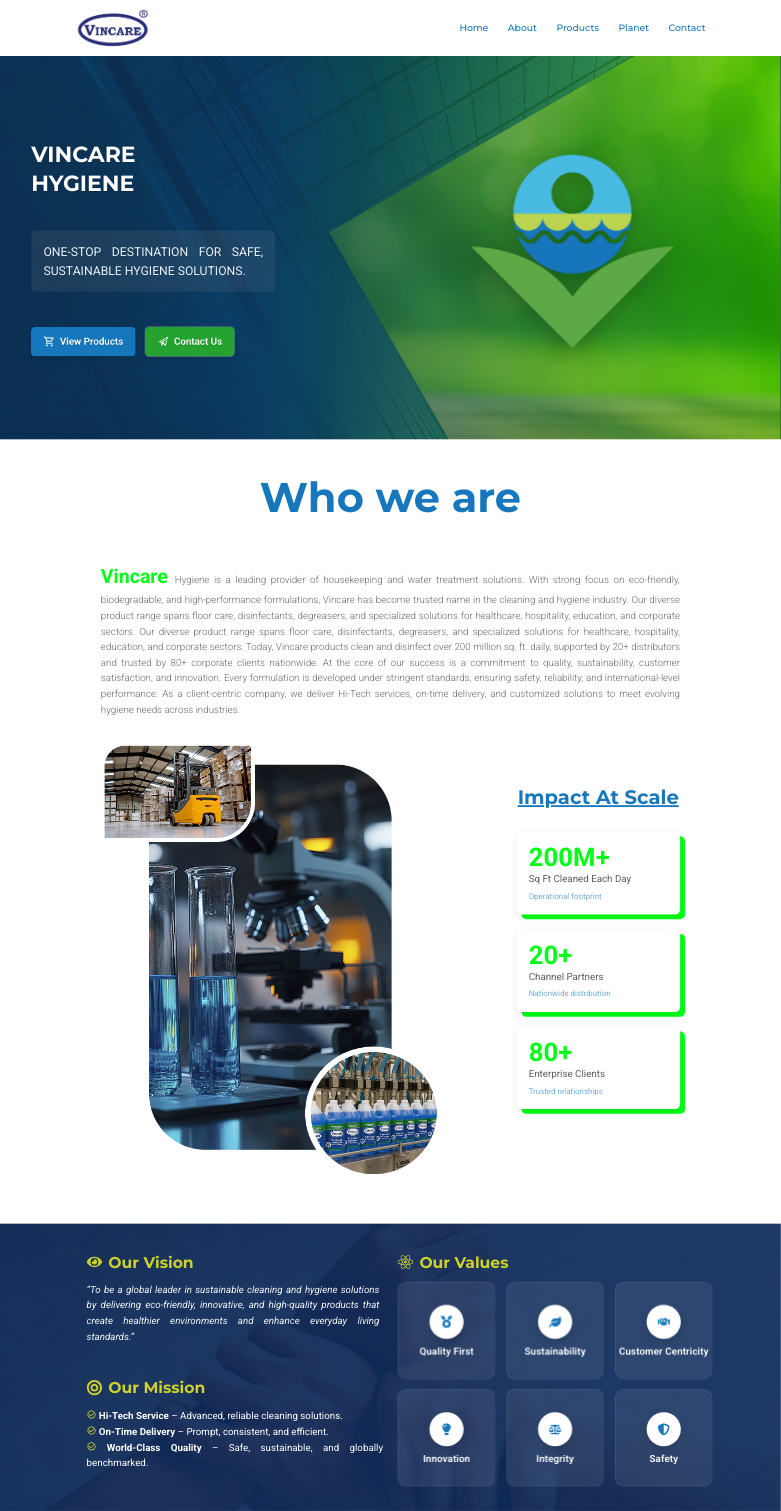
Repository: Yeshwanth-189/vincare
Page: / (app in vincare-frontend/)
The author's editor kept a copy of each file at every save. The page is drawn from the files as they stood at one save, then again after the next save.
The browser window is 1280 px wide. The pictures show the whole page, at 61% of full size.
The project was rebuilt for these pictures with package versions that can differ from the ones it lists, and the page was loaded fresh each time. Also part of the build but not shown: vincare-frontend/vite.config.js.

Above is the page before, as saved 2025-09-20 18:51:23.

### vincare-frontend/index.html
<!DOCTYPE html>
<html lang="en">
  <head>
    <meta charset="UTF-8" />
    <link rel="preconnect" href="https://fonts.googleapis.com" />
    <link rel="preconnect" href="https://fonts.gstatic.com" crossorigin />
    <link rel="icon" type="image/svg+xml" href="/Vincare-Logo.png" />
    <link
      href="https://fonts.googleapis.com/css2?family=Lato:ital,wght@0,100;0,300;0,400;0,700;0,900;1,100;1,300;1,400;1,700;1,900&family=Montserrat:ital,wght@0,100..900;1,100..900&family=Roboto:ital,wght@0,100..900;1,100..900&display=swap"
      rel="stylesheet"
    />
    <meta name="viewport" content="width=device-width, initial-scale=1.0" />
    <title>Vincare Hygiene</title>
  </head>
  <body>
    <div id="root"></div>
    <script type="module" src="/src/main.jsx"></script>
  </body>
</html>

### vincare-frontend/src/App.jsx
import "./App.css";
import Vincare from "./components/Vincare";
import { BrowserRouter as Router, Routes, Route } from "react-router-dom";

function App() {
  return (
    <>
      <Router>
        <Routes>
          <Route path="/" element={<Vincare />} />
        </Routes>
      </Router>
    </>
  );
}

export default App;

### vincare-frontend/src/App.css
:root {
  /* Brand Colors */
  --color-primary: #1777bc; /* Dark Navy Blue */
  --color-secondary: rgb(0, 255, 21); /* Professional Light Blue */

  /* Backgrounds */
  --color-bg: #ffffff;
  --color-bg-light: #f5f5f5;

  /* Neutral Grays */
  --color-gray-dark: #333333;
  --color-gray-mid: #666666;
  --color-gray-light: #f5f5f5;

  /* Status Colors */
  --color-success: #2e7d32;
  --color-warning: #ed6c02;
  --color-error: #d32f2f;

  /* Typography */
  --font-heading: "Montserrat", serif;
  --font-body: "Roboto", sans-serif;

  /* Font Sizes (scalable for responsive design) */
  --text-h1: 2.5rem;
  --text-h2: 2rem;
  --text-h3: 1.5rem;
  --text-body: 1rem;
  --text-small: 0.875rem;

  /* Spacing (consistent padding/margin system) */
  --space-xs: 4px;
  --space-sm: 8px;
  --space-md: 16px;
  --space-lg: 24px;
  --space-xl: 32px;

  /* Border Radius */
  --radius-sm: 4px;
  --radius-md: 8px;
  --radius-lg: 16px;

  /* Shadows */
  --shadow-sm: 0 1px 2px rgba(0, 0, 0, 0.05);
  --shadow-md: 0 4px 6px rgba(0, 0, 0, 0.1);
  --shadow-lg: 0 10px 15px rgba(0, 0, 0, 0.15);
}

html,
body {
  margin: 0;
  padding: 0;
}
* {
  box-sizing: border-box;
}
/* Base Typography */
body {
  font-family: var(--font-body);
  font-size: var(--text-body);
  color: var(--color-gray-dark);
  background-color: var(--color-bg);
  margin: 0;
  padding: 0;
}

h1,
h2,
h3,
h4,
h5,
h6 {
  font-family: var(--font-heading);
  color: var(--color-primary);
  margin: 0 0 var(--space-md);
}

p {
  margin: 0 0 var(--space-md);
  color: var(--color-gray-mid);
}

### vincare-frontend/src/components/Vincare.jsx
import React from "react";
import NavBar from "../components/Navbar";
import Hero from "../components/Hero";
import About from "../components/About";
// import Services from "../components/Services";
// import Projects from "../components/Projects";
// import Courses from "../components/Courses";
// import Blogs from "../components/Blogs";
// import Contact from "../components/Contact";
// import Footer from "../components/Footer";

function Vincare() {
  return (
    <>
      <NavBar />
      <section id="home">
        <Hero />
      </section>
      <section id="about">
        <About />
      </section>
      {/* <section id="services">
        <Services />
      </section>
      <section id="courses">
        <Courses />
      </section>
      <section id="projects">
        <Projects />
      </section>
      <section id="blogs">
        <Blogs />
      </section>
      <section id="contact">
        <Contact />
      </section>
      <Footer /> */}
    </>
  );
}

export default Vincare;

### vincare-frontend/src/components/Navbar.jsx
import React, { useState } from "react";
import { Link as ScrollLink } from "react-scroll";
import "../styles/Navbar.css";
import VincareLogo from "../assets/Vincare-Logo.png";
import VincareWordLogo from "../assets/Vincare-Word-Logo.png";

function Navbar() {
  const [isOpen, setIsOpen] = useState(false);

  return (
    <nav className="navbar">
      <div className="navbar-grid">
        <div className="col-1" />

        <div className="col-2to11 navbar-content">
          <div className="navbar-logo">
            <img
              alt="logo"
              className="navbar-word-logo-image"
              src={VincareWordLogo}
            />
            <div className="hamburger" onClick={() => setIsOpen(!isOpen)}>
              <span className={isOpen ? "bar rotate-top" : "bar"}></span>
              <span className={isOpen ? "bar fade" : "bar"}></span>
              <span className={isOpen ? "bar rotate-bottom" : "bar"}></span>
            </div>
          </div>

          {/* Smooth Scrolling Links */}
          <div className={`navbar-links ${isOpen ? "open" : ""}`}>
            <ScrollLink
              to="home"
              smooth={true}
              duration={700}
              onClick={() => setIsOpen(false)}
            >
              Home
            </ScrollLink>
            <ScrollLink
              to="about"
              smooth={true}
              duration={700}
              onClick={() => setIsOpen(false)}
            >
              About
            </ScrollLink>
            <ScrollLink
              to="services"
              smooth={true}
              duration={700}
              onClick={() => setIsOpen(false)}
            >
              Products
            </ScrollLink>
            <ScrollLink
              to="courses"
              smooth={true}
              duration={700}
              onClick={() => setIsOpen(false)}
            >
              Planet
            </ScrollLink>
            <ScrollLink
              to="contact"
              smooth={true}
              duration={700}
              onClick={() => setIsOpen(false)}
            >
              Contact
            </ScrollLink>
          </div>
        </div>

        <div className="col-12" />
      </div>
    </nav>
  );
}

export default Navbar;

### vincare-frontend/src/components/Hero.jsx
import React from "react";
// eslint-disable-next-line no-unused-vars
import { motion } from "framer-motion";
import "../styles/hero.css";
import HeroBg from "../assets/hero-of-bg.png";
import SideImage from "../assets/Vincare-Logo.png";
import { IoMdPaperPlane } from "react-icons/io";
import { MdOutlineShoppingCart } from "react-icons/md";

/**
 * Props:
 * - title       (string)
 * - subtitle    (string)
 * - text        (string)
 * - primaryCta  ({ label: string, onClick?: fn, href?: string })
 * - secondaryCta({ label: string, onClick?: fn, href?: string })
 * - bgImage     (string) // URL for hero background image
 */
export default function Hero({
  title = "VINCARE",
  subtitle = "HYGIENE",
  text = "ONE-STOP DESTINATION FOR SAFE, SUSTAINABLE HYGIENE SOLUTIONS.",
  primaryCta = { label: "View Products", href: "#" },
  secondaryCta = { label: "Contact Us", href: "#" },
  bgImage = HeroBg,
  sideImage = SideImage,
}) {
  // animation variants
  const container = {
    hidden: { opacity: 0 },
    show: {
      opacity: 1,
      transition: { staggerChildren: 0.12, delayChildren: 0.15 },
    },
  };

  const riseUp = {
    hidden: { opacity: 0, y: 24 },
    show: {
      opacity: 1,
      y: 0,
      transition: { type: "spring", stiffness: 90, damping: 14 },
    },
  };

  const slideIn = {
    hidden: { opacity: 0, x: -24 },
    show: {
      opacity: 1,
      x: 0,
      transition: { type: "spring", stiffness: 90, damping: 16 },
    },
  };

  const fadeIn = {
    hidden: { opacity: 0 },
    show: { opacity: 1, transition: { duration: 0.35 } },
  };

  return (
    <section
      className="hero"
      style={{ ["--hero-bg-image"]: `url(${bgImage})` }}
      aria-label="Intro"
    >
      <div className="hero__inner">
        {/* Column 1 & 12 are gutters by layout rules in CSS */}
        <motion.div
          className="hero__content"
          variants={container}
          initial="hidden"
          animate="show"
        >
          <motion.h1 className="hero__title" variants={riseUp}>
            {title}
          </motion.h1>

          <motion.h1 className="hero__title" variants={fadeIn}>
            {subtitle}
          </motion.h1>

          <motion.p className="hero__text" variants={slideIn}>
            {text}
          </motion.p>

          <motion.div className="hero__actions" variants={fadeIn}>
            {primaryCta?.href ? (
              <a className="btn btn--primary" href={primaryCta.href}>
                <MdOutlineShoppingCart className="btn__icon" />
                {primaryCta.label}
              </a>
            ) : (
              <button
                className="btn btn--primary"
                onClick={primaryCta?.onClick}
              >
                <MdOutlineShoppingCart className="btn__icon" />
                {primaryCta.label}
              </button>
            )}

            {secondaryCta?.href ? (
              <a className="btn btn--ghost" href={secondaryCta.href}>
                <IoMdPaperPlane className="btn__icon" />
                {secondaryCta.label}
              </a>
            ) : (
              <button
                className="btn btn--ghost"
                onClick={secondaryCta?.onClick}
              >
                <IoMdPaperPlane className="btn__icon" />
                {secondaryCta.label}
              </button>
            )}
          </motion.div>
        </motion.div>
        <motion.div className="hero__visual">
          <motion.img
            src={sideImage}
            alt="Illustration"
            className="hero__visual-img"
            initial={{ rotateY: 0 }}
            animate={{ rotateY: 1080 }}
            transition={{ duration: 1.2, ease: "easeOut" }}
          />
        </motion.div>
      </div>
    </section>
  );
}

### vincare-frontend/src/styles/Navbar.css
.navbar {
  position: fixed;
  width: 100%;
  background-color: var(--color-bg);
  z-index: 999;
  padding: 1% 0 1%;
}

.navbar-grid {
  display: grid;
  grid-template-columns: repeat(12, 1fr);
  align-items: center;
  max-width: 1400px;
  margin: 0 auto;
  padding: 0 20px;
}

.col-1 {
  grid-column: 1 / 2;
}

.col-2to11 {
  grid-column: 2 / 12;
  display: flex;
  justify-content: space-between;
  align-items: center;
}

.col-12 {
  display: none;
}

/* Left: Logo */
.navbar-logo {
  font-family: "Montserrat", serif;
  font-size: 1.3rem;
  color: var(--color-primary);
  display: flex;
  justify-content: flex-start;
  align-items: flex-start;
  width: 100%;
}

.navbar-logo-image {
  width: 8%;
}
.navbar-word-logo-image {
  width: 20%;
}
.primary {
  color: #0a2540;
}

.secondary {
  color: #51ba31;
}

/* Right: Links */
.navbar-links {
  display: flex;
  gap: 32px;
  font-family: "Montserrat", serif;
  font-size: 0.95rem;
}

.navbar-links a {
  color: var(--color-primary);
  text-decoration: none;
  transition: color 0.3s ease;
  position: relative;
}

.navbar-links a:hover {
  color: var(--color-secondary);
  cursor: pointer;
}

.navbar-links a::after {
  content: "";
  display: block;
  height: 2px;
  width: 0;
  background-color: var(--color-secondary);
  transition: width 0.3s ease;
  position: absolute;
  bottom: -4px;
  left: 0;
}

.navbar-links a:hover::after {
  width: 100%;
}
.hamburger {
  display: none;
  flex-direction: column;
  justify-content: center;
  align-items: flex-end;
  gap: 5px;
  margin-left: auto;
  cursor: pointer;
  z-index: 1000;
}

.bar {
  width: 22px;
  height: 3px;
  background-color: #0a2540;
  transition: all 0.3s ease;
}

.rotate-top {
  transform: rotate(45deg) translateY(8px);
}

.fade {
  opacity: 0;
}

.rotate-bottom {
  transform: rotate(-45deg) translateY(-8px);
}

/* Responsive */
@media screen and (max-width: 768px) {
  .navbar-grid {
    grid-template-columns: 1fr;
  }

  .col-2to11 {
    flex-direction: column;
    gap: 14px;
    grid-column: span 12;
  }

  .navbar-logo {
    font-size: 1.1rem;
  }

  .navbar-logo-image {
    width: 10%;
    padding-top: 3%;
  }

  .navbar-word-logo-image {
    width: 20%;
    padding-top: 3%;
    padding-bottom: 3%;
  }

  .navbar-links {
    flex-direction: column;
    gap: 12px;
  }
  @media screen and (max-width: 768px) {
    .hamburger {
      margin-top: 5%;
      display: flex;
    }
    .navbar {
      top: 0;
      border-bottom: 1px solid #0a2540;
    }

    .navbar-links {
      display: none;
      flex-direction: column;
      gap: 16px;
      margin-top: 1rem;
      width: 100%;
    }

    .navbar-links.open {
      display: flex;
      animation: fadeIn 0.3s ease-in-out;
    }
  }

  @keyframes fadeIn {
    from {
      opacity: 0;
      transform: translateY(-10px);
    }
    to {
      opacity: 1;
      transform: translateY(0);
    }
  }
}

### vincare-frontend/src/styles/Hero.css
.hero {
  /* Full width + viewport height hero */
  position: relative;
  width: 100%;
  min-height: clamp(720px, 70vh, 860px);
  display: grid;
  align-items: center;
  padding-top: 10%;

  /* Layered background: gradient + full-cover image */
  --gradient: linear-gradient(
    90deg,
    #134e89a5 32%,
    rgba(30, 255, 0, 0.449) 99%
  );
  --bg-image: var(--hero-bg-image, url(""));

  background-image: var(--gradient), var(--bg-image);
  background-size: cover, cover;
  background-position: center, center;
  background-repeat: no-repeat, no-repeat;
  /* A subtle dark overlay for legibility (tweak if needed) */
  box-shadow: inset 0 0 0 100vmax rgba(0, 0, 0, 0.12);
  overflow: hidden;
}

/* 12-column grid container inside the hero */
.hero__inner {
  width: min(1200px, 92vw);
  margin-inline: auto;
  display: grid;
  grid-template-columns: repeat(12, minmax(0, 1fr));
  column-gap: 16px;
  row-gap: 16px;
  padding: clamp(24px, 4vw, 48px) 0;
}

/* Content from columns 2–7 (1 and 12 are gutters) */
.hero__content {
  grid-column: 1 / 7; /* spans columns 2..7 inclusive */
  color: #fff; /* ensure readability over image/gradient */
  text-shadow: 0 1px 2px rgba(0, 0, 0, 0.2);
}

.hero__visual {
  grid-column: 8 / 12; /* spans 8,9,10,11 */
  display: grid;
  align-items: center;
  justify-items: center;
  padding: 8px;
}

.hero__visual-img {
  width: 100%;
  height: auto;
  object-fit: contain; /* no cropping */
  filter: drop-shadow(0 10px 20px rgba(0, 0, 0, 0.25));
  user-select: none;
  pointer-events: none;
}

.hero__title {
  font-family: var(--font-heading);
  font-size: clamp(2rem, 3.5vw + 0.5rem, 2.25rem);
  line-height: 1.1;
  margin: 0 0 var(--space-sm);
  color: #fff; /* override heading default color for contrast */
}

.hero__text {
  display: block; /* Make it a block element */
  max-width: 400px; /* Control width so it forms a block */
  margin: 10% 0% 10% 0%; /* Center horizontally with auto */
  padding: 20px; /* Add spacing inside */
  font-family: "Roboto", sans-serif; /* Use a clean, readable font */
  font-size: clamp(1rem, 2.5vw + 0.5rem, 1.25rem);
  background: rgba(
    154,
    154,
    154,
    0.126
  ); /* Optional background to see the block */
  color: #eaf4ff;
  text-align: justify; /* Justify text */
  border-radius: 8px; /* Optional rounded edges */
}
/* Actions (two buttons) */
.hero__actions {
  display: flex;
  gap: var(--space-md);
  flex-wrap: wrap;
}

.btn {
  appearance: none;
  border: 0;
  cursor: pointer;
  font: inherit;
  padding: 12px 18px;
  border-radius: 5px;
  box-shadow: var(--shadow-md);
  transition: transform 180ms ease, box-shadow 180ms ease, opacity 180ms ease;
  text-decoration: none;
  justify-content: center;
  will-change: transform;
  display: inline-flex; /* Align icon + text */
  align-items: center;
  gap: 8px; /* space between icon and text */
  padding: 0.75rem 1.25rem;
  border-radius: 6px;
  font-weight: 600;
  cursor: pointer;
  text-decoration: none;
}

.btn__icon {
  font-size: 1.2em; /* Adjust size */
}

.btn:hover {
  transform: translateY(-1px);
  box-shadow: var(--shadow-lg);
  border: 1px solid rgb(255, 255, 255);
  color: #fff;
}

.btn:active {
  transform: translateY(0);
  box-shadow: var(--shadow-sm);
}

.btn--primary {
  background: var(--color-primary);
  color: #fff;
}

.btn--ghost {
  background: rgb(38, 162, 48);
  color: #fff;
  outline: 1px solid rgba(255, 255, 255, 0.25);
}

/* ------- Responsive ------- */
@media (max-width: 900px) {
  .hero__content {
    grid-column: 2 / 12; /* let content breathe on medium screens */
  }
}

@media (max-width: 640px) {
  .hero__inner {
    width: 92vw;
    grid-template-columns: repeat(12, minmax(0, 1fr));
    row-gap: 12px;
    padding-top: 10%;
  }

  .hero__text {
    font-size: clamp(0.75rem, 1.5vw + 0.5rem, 1.75rem);
  }

  .hero__content {
    grid-column: 2 / 12; /* gutters stay, content fills */
  }

  .hero {
    min-height: 70vh;
  }

  .hero__actions .btn {
    width: 100%;
    justify-content: center;
  }
}

Loaded but not shown: vincare-frontend/src/main.jsx (common file); vincare-frontend/src/index.css (common file); vincare-frontend/src/components/About.jsx (277 lines, source omitted); vincare-frontend/src/styles/About.css (396 lines, source omitted)

After the next save:
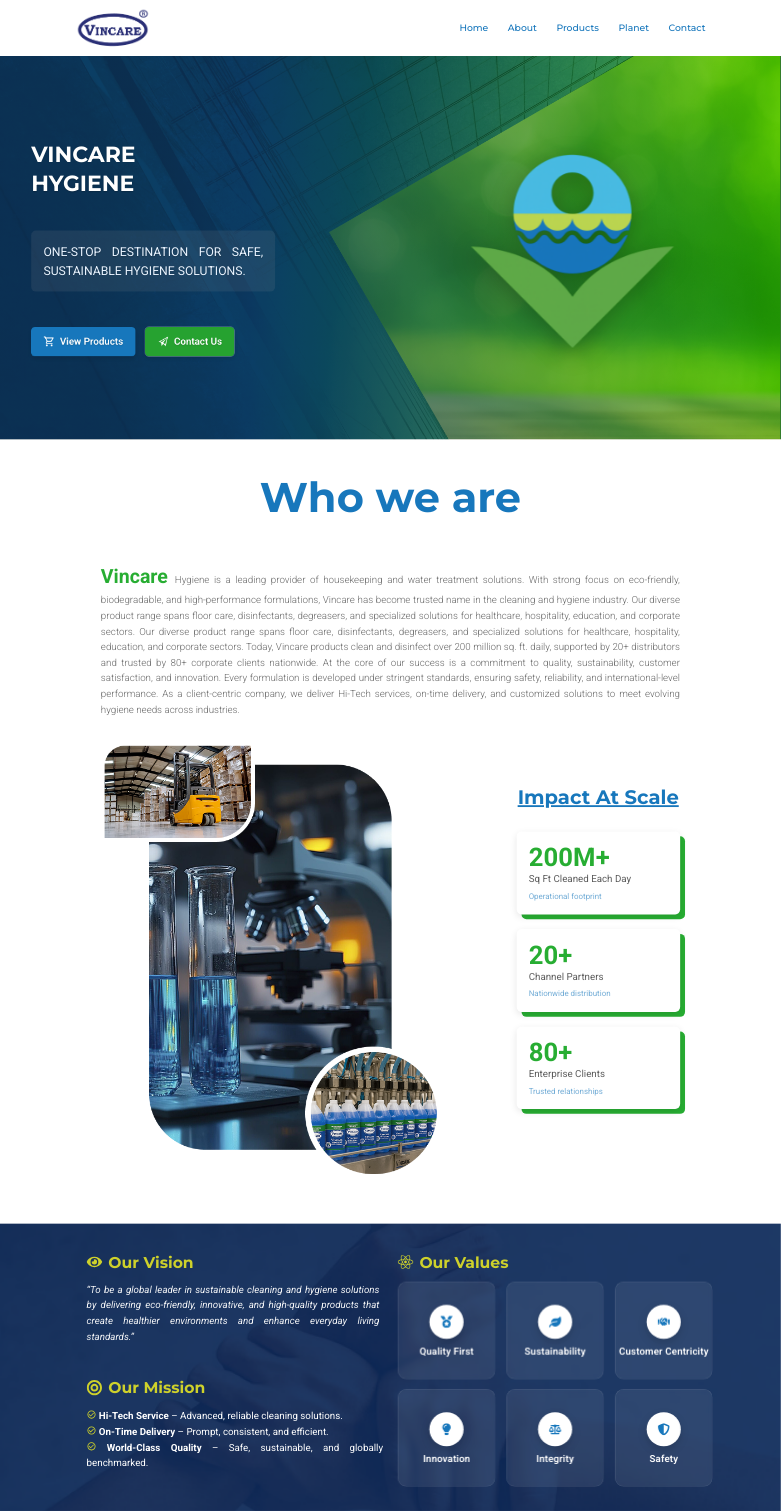
Saved 55 s later.
--- a/vincare-frontend/src/App.css
+++ b/vincare-frontend/src/App.css
@@ -1,7 +1,7 @@
 :root {
   /* Brand Colors */
   --color-primary: #1777bc; /* Dark Navy Blue */
-  --color-secondary: rgb(0, 255, 21); /* Professional Light Blue */
+  --color-secondary: rgb(39, 173, 50); /* Professional Light Blue */
 
   /* Backgrounds */
   --color-bg: #ffffff;
